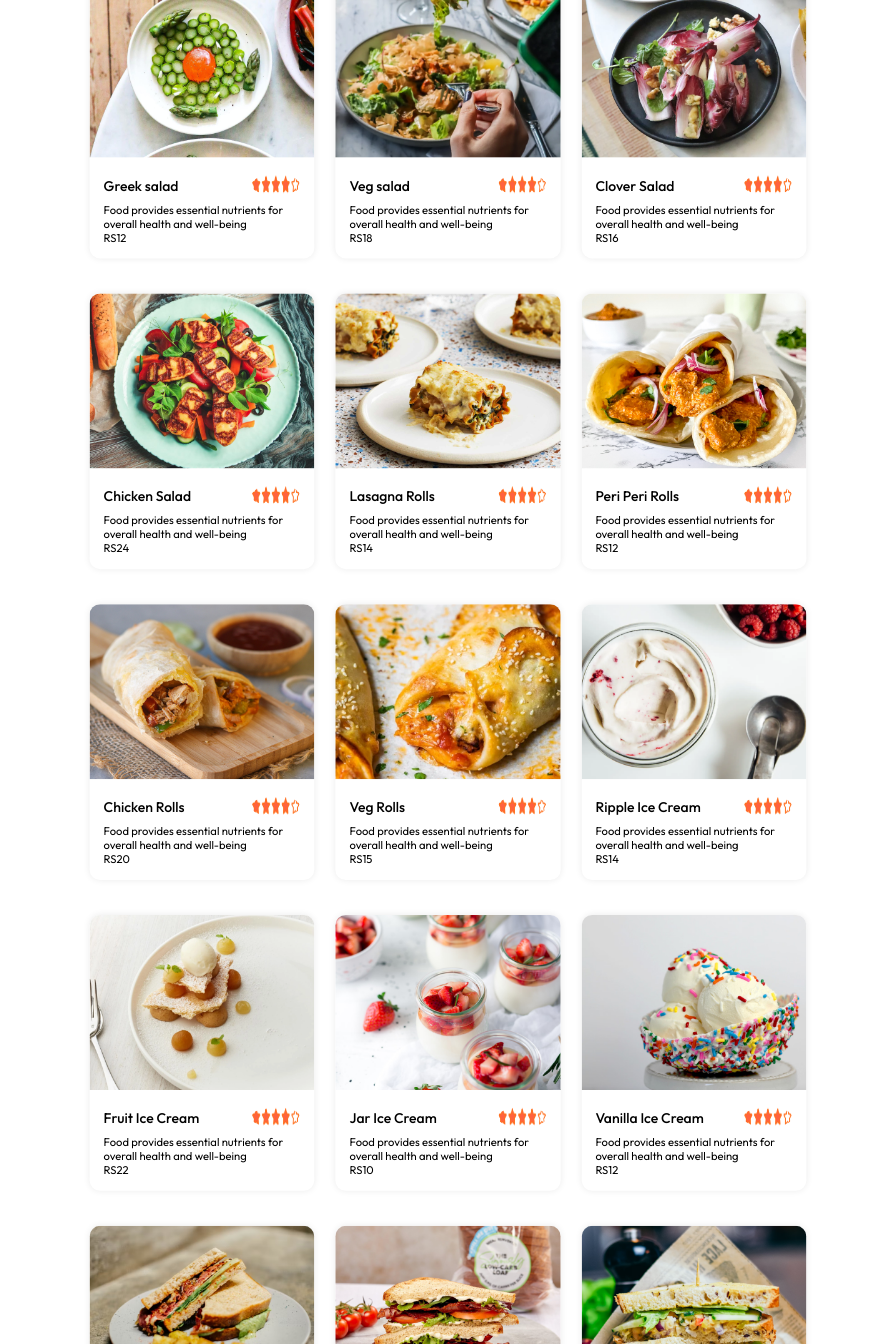
Repository: Attar786/Food-ordering-app
Page: / (app in frontend/)
An editor plug-in stored every save of this project. The page is shown before and after the next save, followed by the edit.
The browser window is 1280 px wide. The pictures show the part of the page from y = 1013 to 2933 px (the page is 5822 px tall before and 5767 px after), at 70% of full size.
The project was rebuilt for these pictures with package versions that can differ from the ones it lists, and the page was loaded fresh each time. Also part of the build but not shown: frontend/vite.config.js, frontend/src/pages/Cart/Cart.css, frontend/src/pages/Cart/Cart.jsx, frontend/src/pages/PlaceOrder/PlaceOrder.css, frontend/src/pages/PlaceOrder/PlaceOrder.jsx.

Above is the page before, as saved 2024-07-25 20:57:09.

### frontend/src/main.jsx
import ReactDOM from 'react-dom/client'
import App from './App.jsx'
import './index.css'
import {BrowserRouter} from 'react-router-dom'
import StoreContextProvider from './context/StoreContext.jsx'
ReactDOM.createRoot(document.getElementById('root')).render(
<BrowserRouter>

<StoreContextProvider>
<App />
</StoreContextProvider>

    </BrowserRouter>
)

### frontend/src/App.jsx
import './index.css'
import Navbar from "./components/Navbar/Navbar"
import Home from './pages/Home/Home'
import Cart from './pages/Cart/Cart'
import PlaceOrder from './pages/PlaceOrder/PlaceOrder'
import { Route, Routes } from 'react-router-dom'


function App() {

  return (
    <>

  <div className='app'>
  <Navbar/>
<Routes>
<Route path='/' element={<Home/>}/>
<Route path='/cart' element={<Cart/>}/>
<Route path='/order' element={<PlaceOrder/>}/>

</Routes>
  </div>
    </>
  )
}

export default App

### frontend/src/index.css
@import url('https://fonts.googleapis.com/css2?family=Outfit:wght@100..900&display=swap');


*{
margin: 0;
padding: 0;
 box-sizing: border-box;
 font-family: outfit;
}
body{
height: 100vh;
}
a{
text-decoration: none;
color : inherit;
}
.app{
    width: 80%;
    margin: auto;
}
@keyframes fadeIn{
    0%{
        opacity: 0;
    }
    100%{
        opacity: 1;
    }
}

### frontend/src/context/StoreContext.jsx
// import './StoreContext.css';
// import { createContext } from 'react';
// import { food_list } from '../assets/assets';
// export const StoreContext = createContext(null);

// const StoreContextProvider = (props) => {
//   const contextValue = {};
//   food_list
//   return (
//     <StoreContext.Provider value={contextValue}>
//       {props.children}
//     </StoreContext.Provider>
//   );
// };

// export default StoreContextProvider;

import './StoreContext.css';
import { createContext } from 'react';
import { food_list } from '../assets/assets'; // Ensure this path is correct and food_list is correctly exported

export const StoreContext = createContext(null);

const StoreContextProvider = (props) => {
  const contextValue = {
    food_list, // Assign food_list to contextValue
  };

  return (
    <StoreContext.Provider value={contextValue}>
      {props.children}
    </StoreContext.Provider>
  );
};

export default StoreContextProvider;

### frontend/src/components/Navbar/Navbar.jsx
import { useState } from 'react';
import './Navbar.css';
import { assets } from '../../assets/assets';

const Navbar = () => {
  const [menu, setMenu] = useState("home");

  const handleMenuClick = (menuItem) => {
    setMenu(menuItem);
  };

  return (
    <div className="Navbar">
      <img src={assets.logo} alt="Logo" className="logo" />
      <ul className="navbar-menu">
        <li onClick={() => handleMenuClick("home")} className={menu === "home" ? "active" : ""}>Home</li>
        <li onClick={() => handleMenuClick("menu")} className={menu === "menu" ? "active" : ""}>Menu</li>
        <li onClick={() => handleMenuClick("mobile-app")} className={menu === "mobile-app" ? "active" : ""}>Mobile App</li>
        <li onClick={() => handleMenuClick("contact-us")} className={menu === "contact-us" ? "active" : ""}>Contact Us</li>
      </ul>
      <div className="navbar-right">
        <img src={assets.search_icon} alt="search-icon" />
        <div>
          <img src={assets.basket_icon} alt="icons" />
          <div className="dot"></div>
        </div>
        <button>Sign In</button>
      </div>
    </div>
  );
}

export default Navbar;

### frontend/src/pages/Home/Home.jsx
import {useState} from 'react'
import Header from '../../components/Header/Header'
import ExploreMenu from '../../components/ExploreMenu/ExploreMenu'
import './Home.css'
import FoodDisplay from '../../components/FoodDisplay/FoodDisplay'

const Home = () => {
    const [category , setCategory ] = useState('All')
  return (
    <>
<Header/>
<ExploreMenu category={category} setCategory={setCategory}/>
<FoodDisplay category={category} />

</>
)
}

export default Home

### frontend/src/assets/assets.js
import basket_icon from './basket_icon.png'
import logo from './logo.png'
import header_img from './header_img.png'
import search_icon from './search_icon.png'
import menu_1 from './menu_1.png'
import menu_2 from './menu_2.png'
import menu_3 from './menu_3.png'
import menu_4 from './menu_4.png'
import menu_5 from './menu_5.png'
import menu_6 from './menu_6.png'
import menu_7 from './menu_7.png'
import menu_8 from './menu_8.png'

import food_1 from './food_1.png'
import food_2 from './food_2.png'
import food_3 from './food_3.png'
import food_4 from './food_4.png'
import food_5 from './food_5.png'
import food_6 from './food_6.png'
import food_7 from './food_7.png'
import food_8 from './food_8.png'
import food_9 from './food_9.png'
import food_10 from './food_10.png'
import food_11 from './food_11.png'
import food_12 from './food_12.png'
import food_13 from './food_13.png'
import food_14 from './food_14.png'
import food_15 from './food_15.png'
import food_16 from './food_16.png'
import food_17 from './food_17.png'
import food_18 from './food_18.png'
import food_19 from './food_19.png'
import food_20 from './food_20.png'
import food_21 from './food_21.png'
import food_22 from './food_22.png'
import food_23 from './food_23.png'
import food_24 from './food_24.png'
import food_25 from './food_25.png'
import food_26 from './food_26.png'
import food_27 from './food_27.png'
import food_28 from './food_28.png'
import food_29 from './food_29.png'
import food_30 from './food_30.png'
import food_31 from './food_31.png'
import food_32 from './food_32.png'

import add_icon_white from './add_icon_white.png'
import add_icon_green from './add_icon_green.png'
import remove_icon_red from './remove_icon_red.png'
import app_store from './app_store.png'
import play_store from './play_store.png'
import linkedin_icon from './linkedin_icon.png'
import facebook_icon from './facebook_icon.png'
import twitter_icon from './twitter_icon.png'
import cross_icon from './cross_icon.png'
import selector_icon from './selector_icon.png'
import rating_starts from './rating_starts.png'
import profile_icon from './profile_icon.png'
import bag_icon from './bag_icon.png'
import logout_icon from './logout_icon.png'
import parcel_icon from './parcel_icon.png'

export const assets = {
    logo,
    basket_icon,
    header_img,
    search_icon,
    rating_starts,
    add_icon_green,
    add_icon_white,
    remove_icon_red,
    app_store,
    play_store,
    linkedin_icon,
    facebook_icon,
    twitter_icon,
    cross_icon,
    selector_icon,
    profile_icon,
    logout_icon,
    bag_icon,
    parcel_icon
}

export const menu_list = [
    {
        menu_name: "Salad",
        menu_image: menu_1
    },
    {
        menu_name: "Rolls",
        menu_image: menu_2
    },
    {
        menu_name: "Deserts",
        menu_image: menu_3
    },
    {
        menu_name: "Sandwich",
        menu_image: menu_4
    },
    {
        menu_name: "Cake",
        menu_image: menu_5
    },
    {
        menu_name: "Pure Veg",
        menu_image: menu_6
    },
    {
        menu_name: "Pasta",
        menu_image: menu_7
    },
    {
        menu_name: "Noodles",
        menu_image: menu_8
    }]

export const food_list = [
    {
        _id: "1",
        name: "Greek salad",
        image: food_1,
        price: 12,
        description: "Food provides essential nutrients for overall health and well-being",
        category: "Salad"
    },
    {
        _id: "2",
        name: "Veg salad",
        image: food_2,
        price: 18,
        description: "Food provides essential nutrients for overall health and well-being",
        category: "Salad"
    }, {
        _id: "3",
        name: "Clover Salad",
        image: food_3,
        price: 16,
        description: "Food provides essential nutrients for overall health and well-being",
        category: "Salad"
    }, {
        _id: "4",
        name: "Chicken Salad",
        image: food_4,
        price: 24,
        description: "Food provides essential nutrients for overall health and well-being",
        category: "Salad"
    }, {
        _id: "5",
        name: "Lasagna Rolls",
        image: food_5,
        price: 14,
        description: "Food provides essential nutrients for overall health and well-being",
        category: "Rolls"
    }, {
        _id: "6",
        name: "Peri Peri Rolls",
        image: food_6,
        price: 12,
        description: "Food provides essential nutrients for overall health and well-being",
        category: "Rolls"
    }, {
        _id: "7",
        name: "Chicken Rolls",
        image: food_7,
        price: 20,
        description: "Food provides essential nutrients for overall health and well-being",
        category: "Rolls"
    }, {
        _id: "8",
        name: "Veg Rolls",
        image: food_8,
        price: 15,
        description: "Food provides essential nutrients for overall health and well-being",
        category: "Rolls"
    }, {
        _id: "9",
        name: "Ripple Ice Cream",
        image: food_9,
        price: 14,
        description: "Food provides essential nutrients for overall health and well-being",
        category: "Deserts"
    }, {
        _id: "10",
        name: "Fruit Ice Cream",
        image: food_10,
        price: 22,
        description: "Food provides essential nutrients for overall health and well-being",
        category: "Deserts"
    }, {
        _id: "11",
        name: "Jar Ice Cream",
        image: food_11,
        price: 10,
        description: "Food provides essential nutrients for overall health and well-being",
        category: "Deserts"
    }, {
        _id: "12",
        name: "Vanilla Ice Cream",
        image: food_12,
        price: 12,
        description: "Food provides essential nutrients for overall health and well-being",
        category: "Deserts"
    },
    {
        _id: "13",
        name: "Chicken Sandwich",
        image: food_13,
        price: 12,
        description: "Food provides essential nutrients for overall health and well-being",
        category: "Sandwich"
    },
    {
        _id: "14",
        name: "Vegan Sandwich",
        image: food_14,
        price: 18,
        description: "Food provides essential nutrients for overall health and well-being",
        category: "Sandwich"
    }, {
        _id: "15",
        name: "Grilled Sandwich",
        image: food_15,
        price: 16,
        description: "Food provides essential nutrients for overall health and well-being",
        category: "Sandwich"
    }, {
        _id: "16",
        name: "Bread Sandwich",
        image: food_16,
        price: 24,
        description: "Food provides essential nutrients for overall health and well-being",
        category: "Sandwich"
    }, {
        _id: "17",
        name: "Cup Cake",
        image: food_17,
        price: 14,
        description: "Food provides essential nutrients for overall health and well-being",
        category: "Cake"
    }, {
        _id: "18",
        name: "Vegan Cake",
        image: food_18,
        price: 12,
        description: "Food provides essential nutrients for overall health and well-being",
        category: "Cake"
    }, {
        _id: "19",
        name: "Butterscotch Cake",
        image: food_19,
        price: 20,
        description: "Food provides essential nutrients for overall health and well-being",
        category: "Cake"
    }, {
        _id: "20",
        name: "Sliced Cake",
        image: food_20,
        price: 15,
        description: "Food provides essential nutrients for overall health and well-being",
        category: "Cake"
    }, {
        _id: "21",
        name: "Garlic Mushroom ",
        image: food_21,
        price: 14,
        description: "Food provides essential nutrients for overall health and well-being",
        category: "Pure Veg"
    }, {
        _id: "22",
        name: "Fried Cauliflower",
        image: food_22,
        price: 22,
        description: "Food provides essential nutrients for overall health and well-being",
        category: "Pure Veg"
    }, {
        _id: "23",
        name: "Mix Veg Pulao",
        image: food_23,
        price: 10,
        description: "Food provides essential nutrients for overall health and well-being",
        category: "Pure Veg"
    }, {
        _id: "24",
        name: "Rice Zucchini",
        image: food_24,
        price: 12,
        description: "Food provides essential nutrients for overall health and well-being",
        category: "Pure Veg"
    },
    {
        _id: "25",
        name: "Cheese Pasta",
        image: food_25,
        price: 12,
        description: "Food provides essential nutrients for overall health and well-being",
        category: "Pasta"
    },
    {
        _id: "26",
        name: "Tomato Pasta",
        image: food_26,
        price: 18,
        description: "Food provides essential nutrients for overall health and well-being",
        category: "Pasta"
    }, {
        _id: "27",
        name: "Creamy Pasta",
        image: food_27,
        price: 16,
        description: "Food provides essential nutrients for overall health and well-being",
        category: "Pasta"
    }, {
        _id: "28",
        name: "Chicken Pasta",
        image: food_28,
        price: 24,
        description: "Food provides essential nutrients for overall health and well-being",
        category: "Pasta"
    }, {
        _id: "29",
        name: "Buttter Noodles",
        image: food_29,
        price: 14,
        description: "Food provides essential nutrients for overall health and well-being",
        category: "Noodles"
    }, {
        _id: "30",
        name: "Veg Noodles",
        image: food_30,
        price: 12,
        description: "Food provides essential nutrients for overall health and well-being",
        category: "Noodles"
    }, {
        _id: "31",
        name: "Somen Noodles",
        image: food_31,
        price: 20,
        description: "Food provides essential nutrients for overall health and well-being",
        category: "Noodles"
    }, {
        _id: "32",
        name: "Cooked Noodles",
        image: food_32,
        price: 15,
        description: "Food provides essential nutrients for overall health and well-being",
        category: "Noodles"
    }
]

### frontend/src/components/Navbar/Navbar.css
.Navbar{
    padding: 20px 0;
    display: flex;
    justify-content: space-between;
    align-items: center;
}
.Navbar .logo{
    width: 150px;
}
.navbar-menu{
    display: flex;
    list-style: none;
    gap: 20px;
    font: 18px;
    color: #49557e;
    cursor: pointer;
}
.navbar-right{
    display: flex;
    align-items: center;
    gap: 25px;

}
.Navbar button{
    font-size: 15px;
    border: 1px solid #49557e;
    background: transparent;
    padding: 10px 25px;
    cursor: pointer;
    border-radius: 40px;
    transition: 0.3s;
}
.Navbar button:hover{
    background-color: #fff4f2;
}
.Navbar .navbar-menu .active{
    padding-bottom: 2px;
    border-bottom: 2px solid #49557e;

}
.search-icon{
    position: relative;
}
/* .search-icon .dot{ */
    /* position: absolute;
    top: -5px;
    right: -5px;
    width: 10px;
    height: 10px;
    background-color: blue;
    border-radius: 50%;
} */
.dot {
    position: absolute;
    top: 12px; /* Adjust as needed */
    right: 268px; /* Adjust as needed */
    width: 10px;
    height: 10px;

    background-color: tomato;
    border-radius: 50%;
  }

### frontend/src/components/Header/Header.jsx
import "./Header.css";
const Header = () => {
  return (
    <div className="header">
      <div className="header-contents">
        <h2>order your Favourite Food Here</h2>
        <p>
          Lorem ipsum dolor sit amet consectetur adipisicing elit. Ab,
          repudiandae. Odio architecto libero enim minima.
        </p>
        <button>View Menu</button>
      </div>
    </div>
  );
};

export default Header;

### frontend/src/components/ExploreMenu/ExploreMenu.jsx
import './ExploreMenu.css'
import { menu_list } from '../../assets/assets';
import PropTypes from 'prop-types'
const ExploreMenu = ({ category, setCategory }) => {
  return (
    <div className='explore-menu' id='explore-menu'>
      <h1 className='explore-menu-title'>Explore our Menu</h1>
      <p className='explore-menu-text'>Lorem ipsum dolor sit, amet consectetur adipisicing elit. Quam, eos?</p>
      <div className='explore-menu-list'>
        {menu_list.map((item, index) => {
          return (
            <div onClick={() => setCategory(prev => prev === item.menu_name ? "All" : item.menu_name)} key={index} className='explore-menu-list-item'>
              <img className={category === item.menu_name ? "active" : ""} src={item.menu_image} alt="" />
              <p>{item.menu_name}</p>
            </div>
          )
        })}
      </div>
      <hr />
    </div>
  )
}
    ExploreMenu.propTypes = {
    category: PropTypes.string.isRequired,
    setCategory: PropTypes.func.isRequired,
  };

export default ExploreMenu;

### frontend/src/components/FoodDisplay/FoodDisplay.jsx
import { useContext } from 'react';
import './FoodDisplay.css';
import { StoreContext } from '../../context/StoreContext';
import FoodItem from '../FoodItem/FoodItem';
const FoodDisplay = ({ category }) => {
  const { food_list } = useContext(StoreContext);
  if (!food_list) {
    return <div>Loading...</div>; // Handle loading state or error
  }
  return (
    <div className='food-display' id='food-display'>
      <h2>Top Dishes Near To You</h2>
      <div className='food-display-list'>
        {food_list.map((item, index) => (
          <FoodItem
            key={index}
            id={item._id}
            name={item.name}
            description={item.description}
            price={item.price}
            image={item.image}
          />
        ))}
      </div>
    </div>
  );
};

export default FoodDisplay;

### frontend/src/components/Header/Header.css
.header{
    height: 35vw;
    margin: 30px auto;
    background: url('/header_img.png') no-repeat;
    background-size: contain;
    position: relative;
}
.header-contents{
position: absolute;
display: flex;
flex-direction: column;
align-items: start;
gap: 1.5vw;
max-width: 50%;
bottom: 10%;
left: 6vw;
animation: fadeIn 3s;
}

.header-contents h2{
    font-weight: 500;
    color: white;
    font-size: max(4.5vw, 22px);
}
.header-contents p{
    color: white;
    font-size: 1vw;

}
.header-contents button{
    font-weight: 500;
    color: #747474;
    border: none;
    padding: 1vw 2.3vw;
    background-color: white;
    border-radius: 50px;
    font-size: max(1vw,12px);


}

### frontend/src/components/ExploreMenu/ExploreMenu.css
.explore-menu{
    display: flex;
    flex-direction: column;
    gap: 20px;
}
.explore-menu h1{
    color: #262626;
    font-weight: 500;
}
.explore-menu-text{
    max-width: 60%;
    columns: #808080;
}
.explore-menu-list {
    display: flex;
    justify-content: space-between;
    align-items:center;
    gap: 30px;
    text-align: center;
    margin: 20px 0px;
    overflow: scroll;
}
.explore-menu-list::-webkit-scrollbar{
    display: none;
}
.explore-menu-list-item img{
    width: 7.5vw;
    min-width: 85px;
    cursor: pointer;
    border-radius: 50%;
    transition: 0.3s;
}

.explore-menu-list-item p{
    cursor: pointer;
    color: #747474;
    font-size: max(1.4vw, 16px)
}
.explore-menu hr{
    margin: 10px 0px;
    height: 2px;
    color: #e2e2e2;
    border: none;
}
.explore-menu-list-item .active{
    border:3px solid tomato;
    padding: 2px;
}

### frontend/src/components/FoodDisplay/FoodDisplay.css
.food-display{
    margin-top: 30px;
}
.food-display h2{
    font-size: max(2vw, 24px);
    font-weight: 600;
}
.food-display-list{
    display: grid;
    grid-template-columns: repeat(auto-fill,minmax(240px,1fr));
    margin-top: 30px;
    gap: 30px;
    row-gap: 50px;
}

### frontend/src/components/FoodItem/FoodItem.jsx
import './FoodItem.css';
import { assets } from '../../assets/assets'; // Ensure this path is correct and that assets contains rating_starts

const FoodItem = ({ id, name, price, description, image }) => {
  return (
    <div className='food-item'>
      <div className='food-item-img-container'>
        <img className='food-item-image' src={image} alt={name} />
      </div>
      <div className='food-item-info'>
        <div className='food-item-name-rating'>
          <p>{name}</p>
          <img src={assets.rating_starts} alt="Rating" />
        </div>
        <p className='food-item-description'>
          {description}
        </p>
        <p className='food-item-price'>RS{price}</p>      </div>
    </div>
  );
};

export default FoodItem;

### frontend/src/components/FoodItem/FoodItem.css
.food-item{
    width: 100%;
    border-radius: 15px;
    box-shadow: 0px 0px 10px #00000015;
    transition: 0.3s;
    animation: fadeIn 1s;
}
.food-item-image{
    width: 100%;
    border-radius : 15px 15px 0px 0px;
}

.food-item-info{
    padding: 20px;
}
.food-item-name-rating{
    display: flex;
    justify-content: space-between;
    align-items: center;
    margin-bottom: 10px;
}
.food-item-name-rating p{
    font-size: 20px;
    font-weight: 500;

}
.food-item-name-rating img {
    width: 70px;
    height: 30px;
    border-radius: 50%;
}

Loaded but not shown: frontend/index.html (common file); frontend/src/context/StoreContext.css (no stored copy; drawn as an empty file); frontend/src/pages/Home/Home.css (no stored copy; drawn as an empty file)

After the next save:
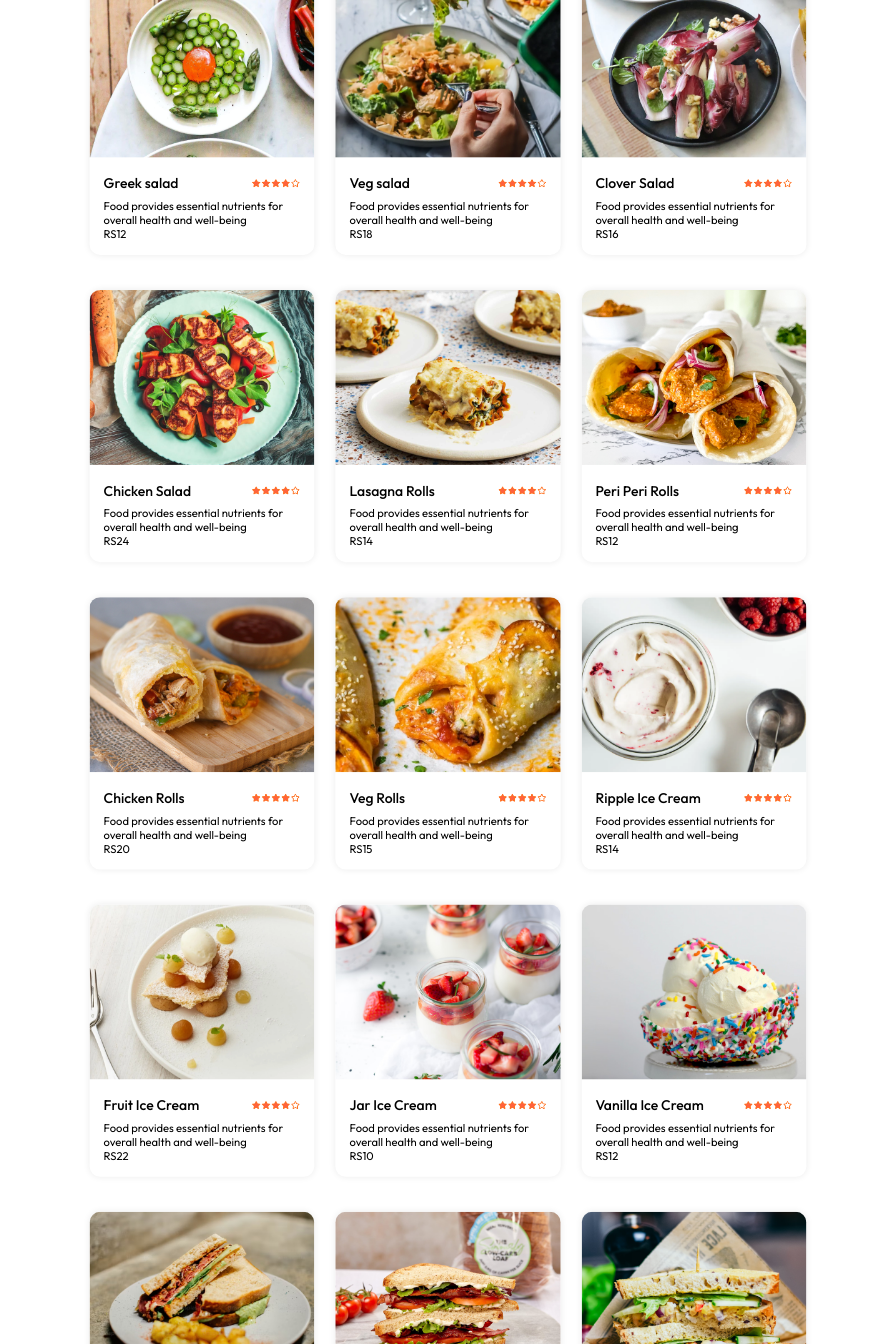
Saved 9 s later.
--- a/frontend/src/components/FoodItem/FoodItem.css
+++ b/frontend/src/components/FoodItem/FoodItem.css
@@ -26,6 +26,5 @@
 }
 .food-item-name-rating img {
     width: 70px;
-    height: 30px;
-    border-radius: 50%;
+
 }
